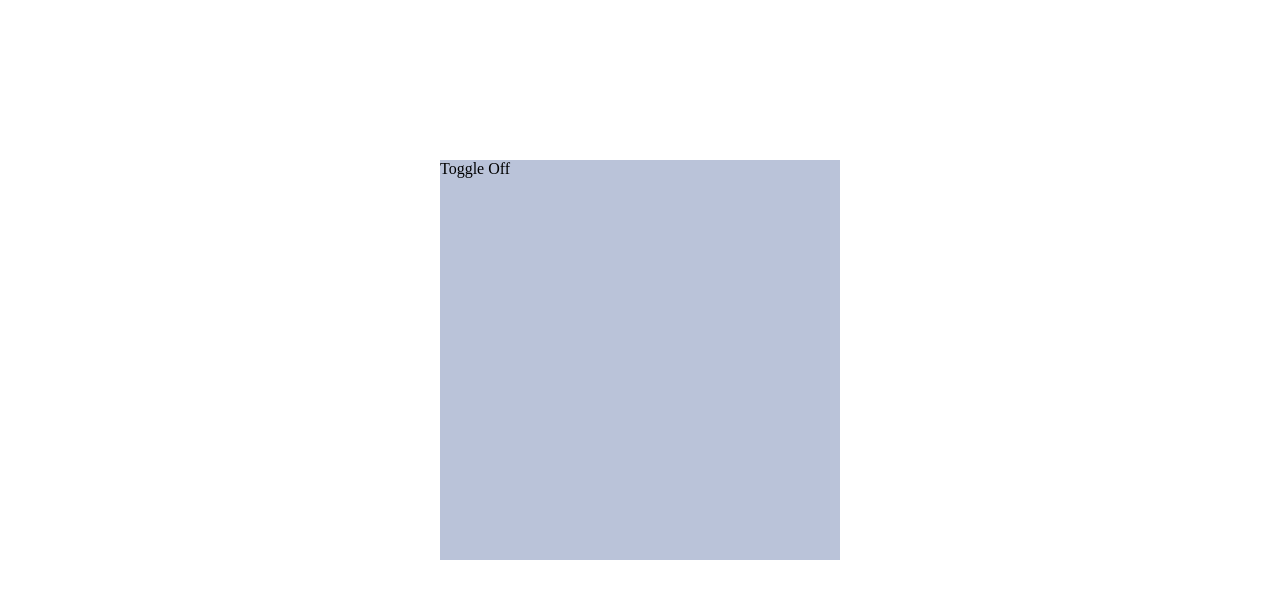
Repository: haokiet2501/troll-my-react
Page: /
The author's editor kept a copy of each file at every save. The page is drawn from the files as they stood at one save, then again after the next save.
The browser window is 1280 px wide. The pictures show the whole page.
The project was rebuilt for these pictures with package versions that can differ from the ones it lists, and the page was loaded fresh each time.

Above is the page before, as saved 2022-07-30 22:14:57.

### src/index.css
.toggle-center {
  position: absolute;
  top: 50%;
  left: 50%;
  transform: translate(-50%, -50%);
  width: 25rem;
  height: 25rem;
  background-color: #BAC3D9;
}

### src/App.js
import Toggle from "./components/Toggle";

function App() {
  return (
    <>
      <Toggle />
    </>
  );
}

export default App;

### src/components/Toggle.jsx
import { useState } from "react"

const Toggle = () => {
    const [on, setOn] = useState(false);

    return (
        <div className="toggle-center">
            <div className="toggle" onClick={() => setOn(true)}>
                Toggle {on ? "On" : "Off"}
            </div>
        </div>
    )
}

export default Toggle

Loaded but not shown: public/index.html (common file); src/index.js (common file); src/reportWebVitals.js (common file)

After the next save:
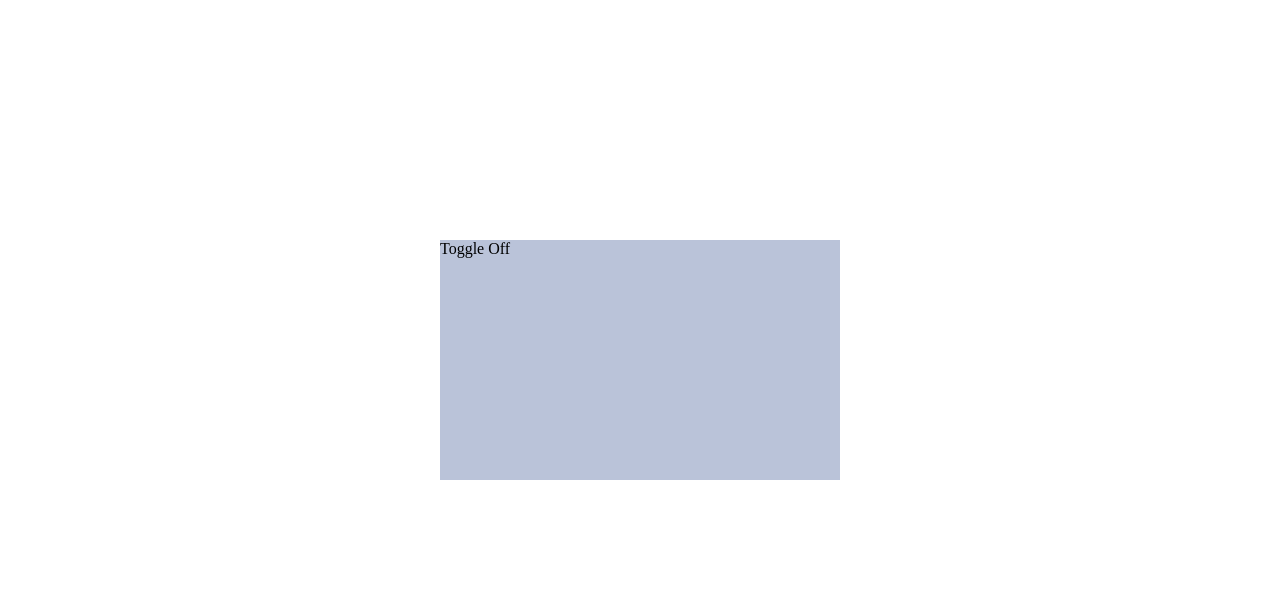
Saved 6 s later.
--- a/src/index.css
+++ b/src/index.css
@@ -4,6 +4,6 @@
   left: 50%;
   transform: translate(-50%, -50%);
   width: 25rem;
-  height: 25rem;
+  height: 15rem;
   background-color: #BAC3D9;
 }
